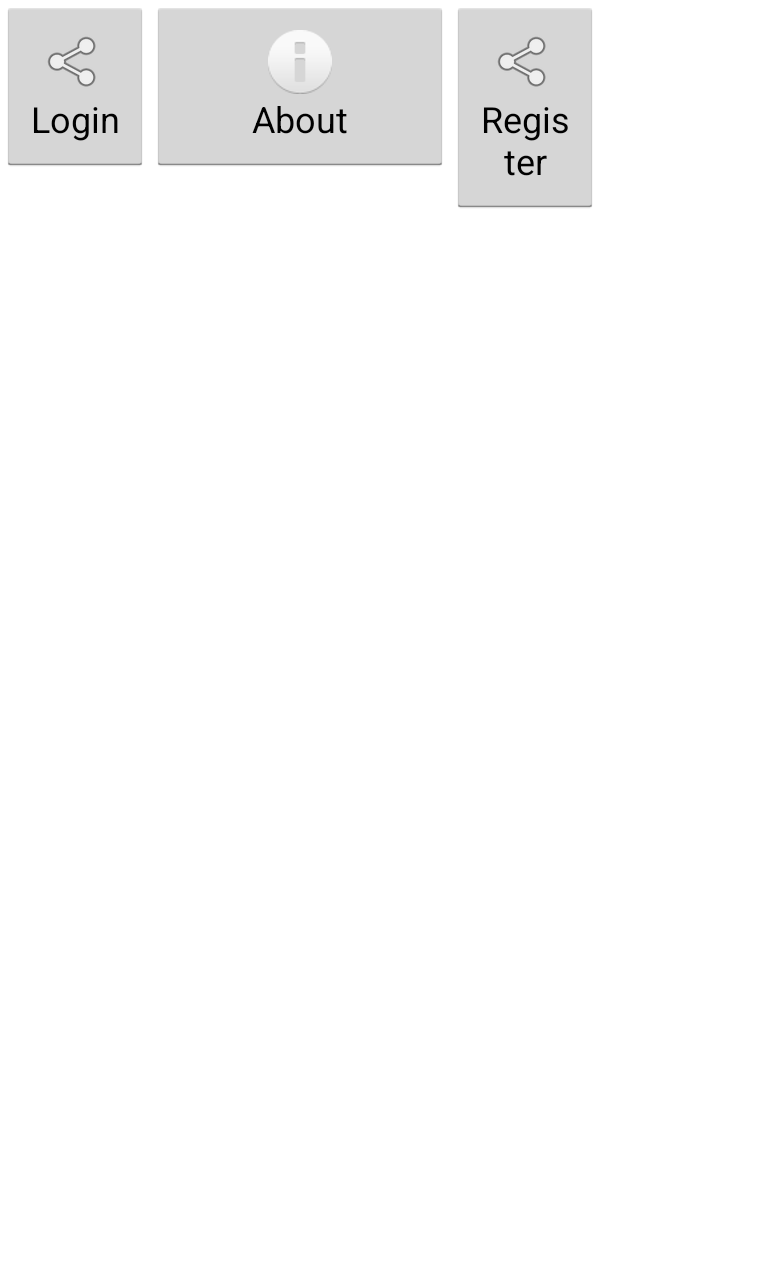
Repository: njiiriJohnii/Android-projects
Layout: basicfragments/res/layout/activity_main.xml
These files come from the project's save history. The layout is drawn as it stood at one moment and after the next save; the edit follows.
It is drawn on a 768 x 1280 px phone screen (xhdpi) without system bars, with theme AppTheme; the app's code is not run.

Above is the layout before, as saved 2014-06-19 10:36:15.

After the next save:
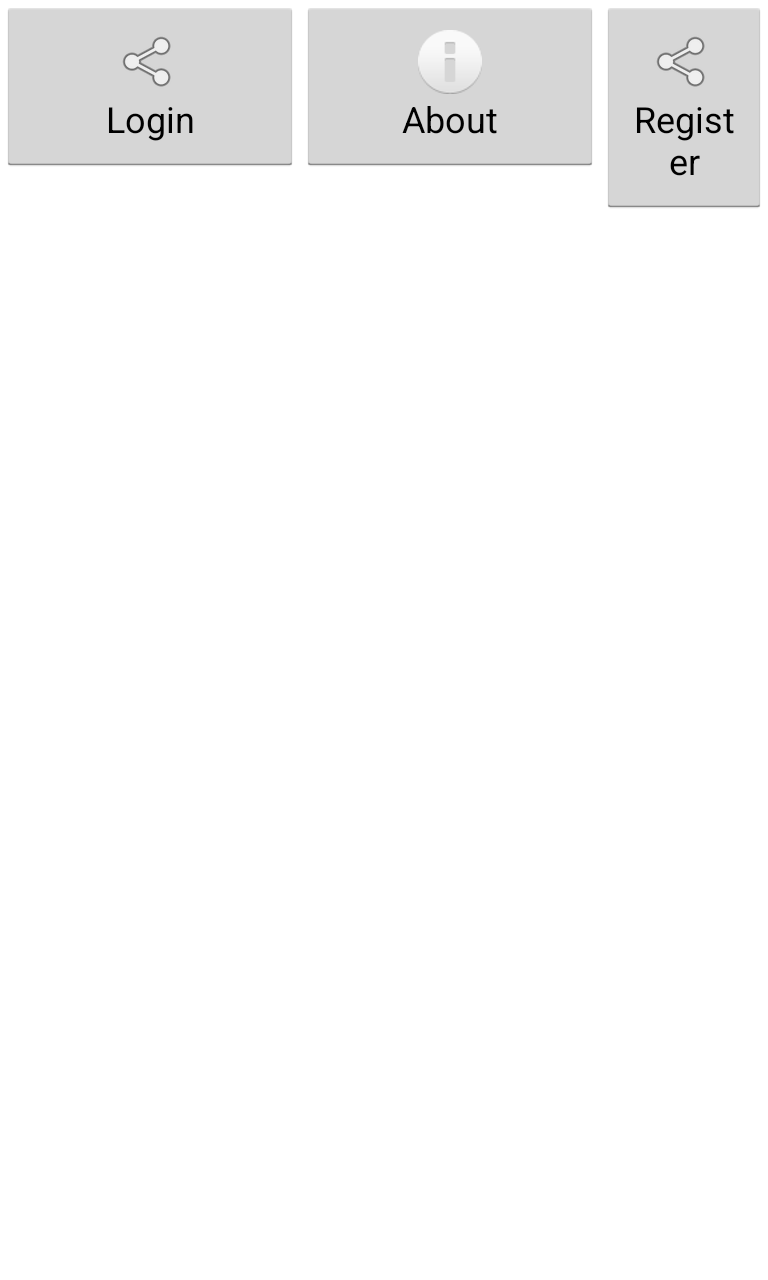
Saved 34 s later.
--- a/basicfragments/res/layout/activity_main.xml
+++ b/basicfragments/res/layout/activity_main.xml
@@ -6,7 +6,7 @@
 
     <Button
         android:id="@+id/btnlogin"
-        android:layout_width="150px"
+        android:layout_width="150dp"
         android:padding="15dip"
         android:layout_height="wrap_content"
         android:drawableTop="@android:drawable/ic_menu_share"
@@ -15,7 +15,7 @@
 
     <Button
         android:id="@+id/btnreg"
-        android:layout_width="150px"
+        android:layout_width="150dp"
         android:padding="15dip"
         android:layout_toRightOf="@+id/btninfo"
         android:layout_height="wrap_content"
